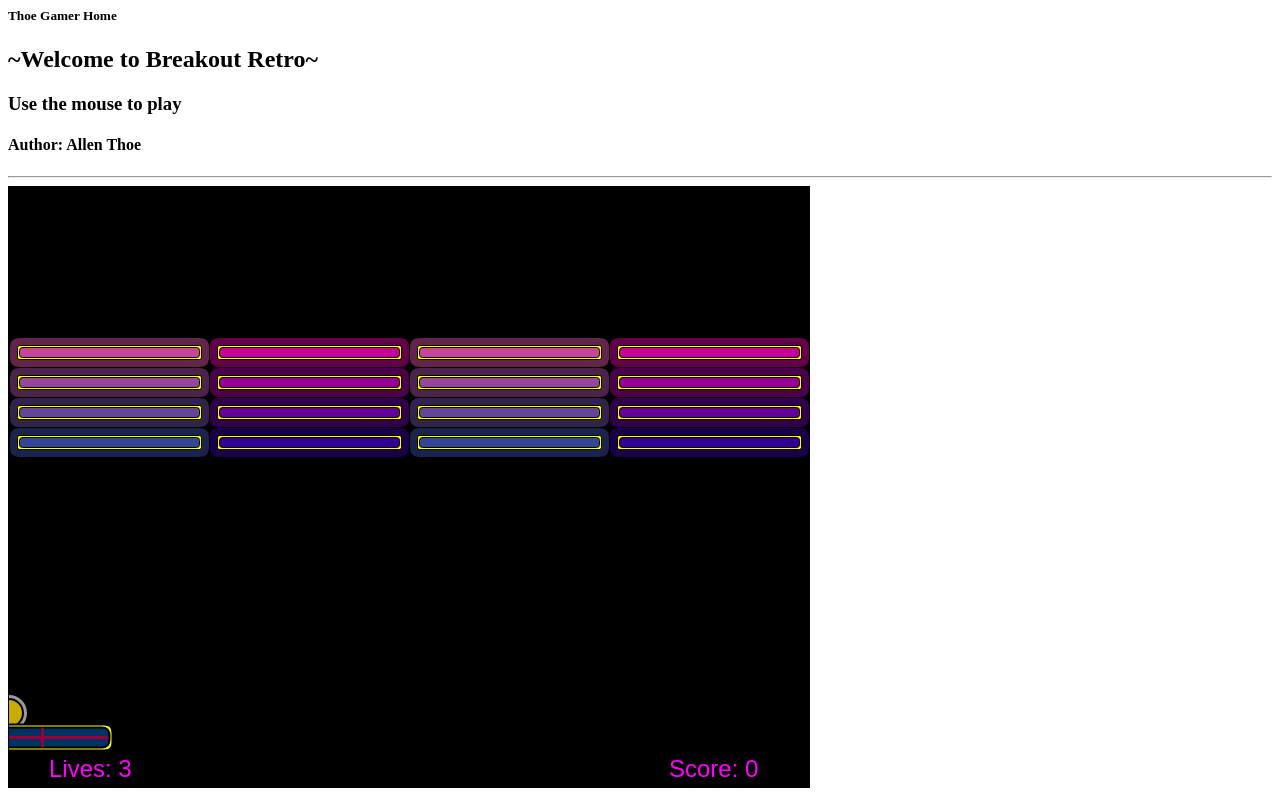
Repository: GamerThoe/GamerThoe.github.io
Page: snake.html
The author's editor kept a record of every edit. The page is drawn from the files as they stood at one moment, then again after the next edit.
The browser window is 1280 px wide. The pictures show the whole page.

Above is the page before.

### snake.html
<html>
    <head>
        <meta http-equiv="Content-Type" content="text/html; charset=UTF-8" />
        <title>Snake in Processing</title>
        <script type="text/javascript" src="./assets/processing.js"></script>
        <link rel="stylesheet" href="myStyle.css">
    </head>

    <body>
      <header>
        <h5><a href="index.html">Thoe Gamer Home</a></h5>
        <h2>  ~Welcome to Breakout Retro~</h2>
        <h3> Use the mouse to play </h3>
        <h4> Author: <span class="high">Allen Thoe </span> </h4>
        <hr>
      </header>
        <script type="text/processing">

        /** BREAKOUT RETRO!  --> PART 6  Sound ; )
          *
          * @Author:  ALLEN THOE
          * @Date: 12/15/2019
          */

        //import processing.sound.*;
        //SoundFile song;

        Ball ball;
        Paddle paddle;
        Block[][] block;
        int rows, columns, score, lives, level;


        void setup(){
          size(800,600);
          textSize(24);
          level = 0;
          score=0;
          lives = 3;
          rows = 4;
          columns = 4;
          makeLevel(columns, rows);
          //song = new SoundFile(this, "song.mp3");
        }

        void draw(){
          background(0);
          ball.display();
          ball.checkPaddle(paddle);
          paddle.display();
          showBlocks();
          showLives();
          showScore();
          checkLevel();
        }

        void checkLevel(){
          if(clearBlocks()){
            level++;
            ball.canMove = false;
            ball.y = paddle.y - ball.d/2;
            fill(0);
            rect(190, height/2 + 130, 400, 30);
            rect(250, height/2 + 160, 400, 30);
            fill(255,0,255);
            text("You Cleared all the blocks!" , 200, height/2+152);
            text("Click anywhere to continue" , 260, height/2+182);
            if(mousePressed){
              if(level%2==0){
                rows += 2;
              } else {
                columns += 2;
              }
              makeLevel(rows, columns);
              ball.canMove = true;
            }
          }
        }

        void showScore(){
          strokeWeight(2);
          fill(255,0,255);
          text("Score: " + score, width - 140, height - 10);
        }
        void showLives(){
          fill(255,0,255);
          text("Lives: " + lives, 40, height - 10);
          if(lives == 0){
            fill(0);
            rect(190, height/2 + 130, 400, 30);
            rect(250, height/2 + 160, 400, 30);
            fill(255,0,255);
            text("Sorry, you ran out of lives...." , 200, height/2+152);
            text("Click anywhere to restart" , 260, height/2+182);
          }
        }

        void showBlocks(){
          for(int i = 0; i < block.length; i++){
            for(int j = 0; j < block[0].length; j++){
              block[i][j].display();
              block[i][j].checkBall(ball);
            }
          }
        }

        void makeLevel(int rows, int columns){
          ball = new Ball();
          paddle = new Paddle();
          block = new Block[rows][columns];
          for(int i = 0; i < block.length; i++){
            for(int j = 0; j < block[0].length; j++){
              block[i][j] = new Block(i,j+5,block.length);
            }
          }
        }

        boolean clearBlocks(){
          for(int i = 0; i < block.length; i++){
            for(int j = 0; j < block[0].length; j++){
              if(block[i][j].status){
                return false;
              }
            }
          }
          return true;
        }

        void mousePressed(){
          if(lives > 0){
            ball.y -= 5;
            ball.canMove = true;
          } else {
            setup();
          }
          //song.loop();
        }

        public class Ball{
          private float x, Vx;
          private float y, Vy;
          private float d;
          private boolean canMove;
          private String edge;

          public Ball(){
            x = width/2;
            d = 28;
            y = height - 60 - d/2;
            Vx = random(-5,5);
            Vy = -7;

          }

          public void display(){
            if(canMove){
              x += Vx;
              y += Vy;
              //checkWalls
              if(x < 5){
                Vx *= -1;
                x = 5;
              }
              if(x > width-5){
                Vx *= -1;
                x = width-5;
              }
              if(y < 5){
                Vy *= -1;
              } else if (y > height - d/2){
                canMove = false;
                y = height - 60 - d/2;
                lives--;
              }
            } else {
              x = mouseX;
            }
            fill(155);
            ellipse(x,y,d+10,d+10);
            fill(200,170,0);
            ellipse(x,y,d,d);
          }

          public void checkPaddle(Paddle pad){
              if(x > pad.x && x < pad.x + pad.w && y > pad.y - d/2 && y < pad.y+2){
                //Vy *= -1;
                Vx += (x - mouseX)/10;
               //CAP THE VX
                if (Vx > 8){
                  Vx = 8;
                }
                if (Vx < -8){
                  Vx = -8;
                }
                if(Vx < 0){
                  Vy = -12 - Vx;
                } else {
                  Vy = -12 + Vx;
                }
              }

          }
        }

        public class Block{
            private float x, y, w, h;
            private int numBlocks;  //CHANGED FROM EPISODE 3
            private boolean status;
            private int r, g, b;

            public Block(){
              x = 0;
              numBlocks = 8;
              y = 0;
              w = width / numBlocks;
              h = 30;
            }
            public Block(int col, int row, int theNumBlocks){
              numBlocks = theNumBlocks;
              w = width / numBlocks;
              h = 30;
              x = w * col;
              y = h * row;
              setColors(row, col);
              status = true;
            }

            public void setColors(int col, int row){
                b = 150;
                if(col%9==0){
                  r = 50;
                } else if (col%9==1){
                  r = 100;
                } else if (col%9==2){
                  r = 150;
                } else if (col%9==3){
                  r = 200;
                } else if (col%9==4){
                  r = 250;
                } else if (col%9==5){
                  r = 200;
                } else if (col%9==6){
                  r = 150;
                } else if (col%9==7){
                  r = 100;
                } else if (col%9==8){
                  r = 50;
                }

                if(row%2==0){
                  g = 70;
                  b = 150;
                }
            }
            public void display(){
              stroke(0);
              strokeWeight(1);
              fill(r/2,g/2,b/2);
              if(status){
                rect(x,y, w, h, 10);
                fill(255,255,0);
                rect(x+8, y+8, w-16, h-16, 2);
                fill(r,g,b);
                rect(x+10, y+10, w-20, h-20, 3);

              }
            }

            public void checkBall(Ball ball){
               if(status){
                 //Bottom
                 if(ball.x > x && ball.x < x+w && ball.y < (y+h+ball.d/2)&& ball.y>y+h){
                   ball.Vy*=-1;
                   status=false;
                   score++;
                 }
                 //Top
                 if(ball.x > x && ball.x < x+w && ball.y > y-ball.d/2 && ball.y < y){
                   ball.Vy*=-1;
                   status=false;
                   score++;
                 }
                 //Left
                 if(ball.x > x - ball.d/2 && ball.y > y && ball.y < y+h && ball.x < x){
                   ball.Vx*=-1;
                   status=false;
                   score++;
                 }
                 //Right
                 if(ball.x > x+w  && ball.y > y && ball.y < y+h && ball.x<x+w+ball.d/2){
                   ball.Vx*=-1;
                   status=false;
                   score++;
                 }
               }

            }
        }
        public class Paddle{
           //Variables (x,y, width, height (rectangle))
           private float x, y, w, h;

           public Paddle(){
             x = width/2;
             y = height - 60;
             w = 200;
             h = 20;
           }

           public void display(){

             x = mouseX - w/2;  //CHANGED FROM EPISODE 3

             fill(255,255,0); //
             rect(x-3,y-3,w+6,h+6,8);
             fill(0,50,100);
             rect(x,y,w,h,8);
             stroke(155,0,55);
             strokeWeight(3);
             line(x+3,y+h/2,x+w-3,y+h/2);
             line(x+w/3, y+2, x+w/3, y+h-2);
             line(x+2*w/3, y+2, x+2*w/3, y+h-2);
           }


        }

        </script>

        <canvas id="sketch" style="border: 1px solid black;"></canvas>

    </body>
</html>

### myStyle.css
a {
    color: #000;
    text-decoration: none;
}

a:hover {
    color: #ff0000;
}

Loaded but not shown: assets/processing.js (library)

After the next edit:
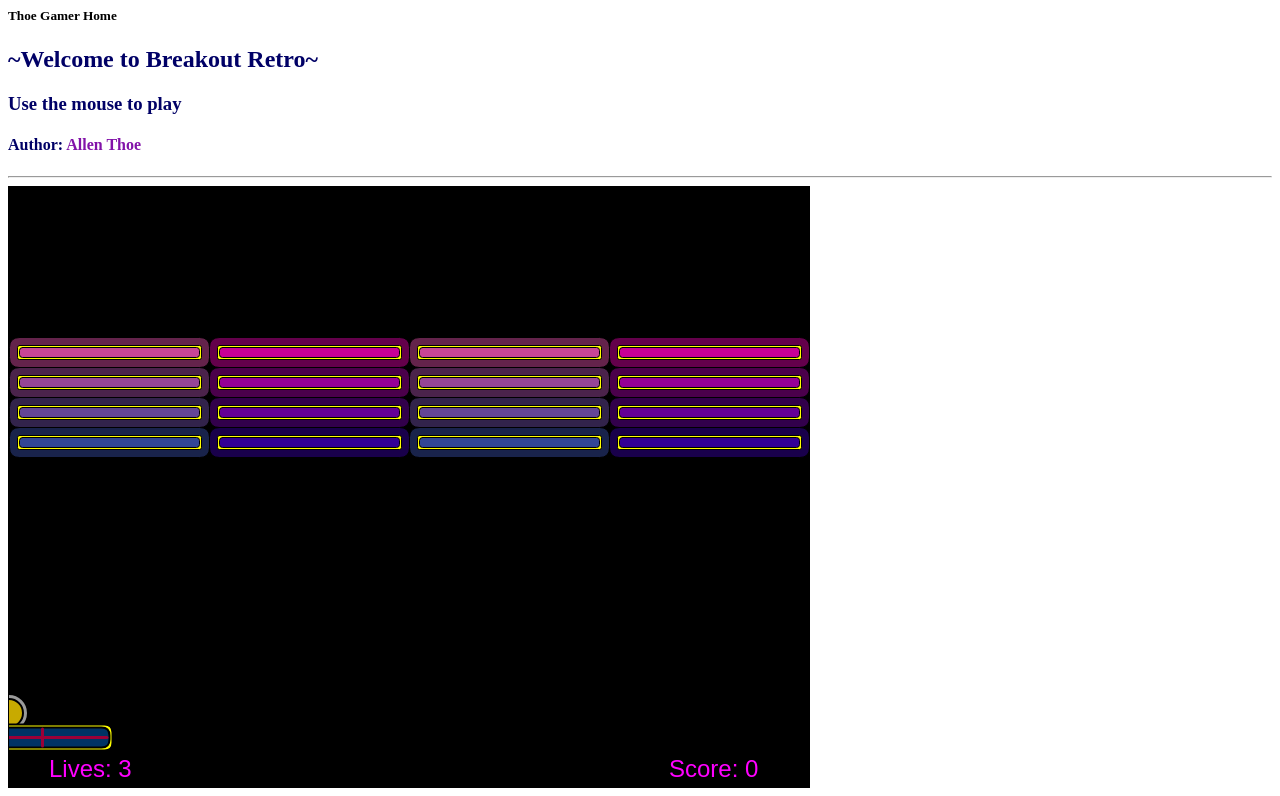
The edit:
--- a/myStyle.css
+++ b/myStyle.css
@@ -6,3 +6,11 @@ a {
 a:hover {
     color: #ff0000;
 }
+
+header {
+    color: #000066;
+}
+
+.high{
+    color: #8213a9;
+}
